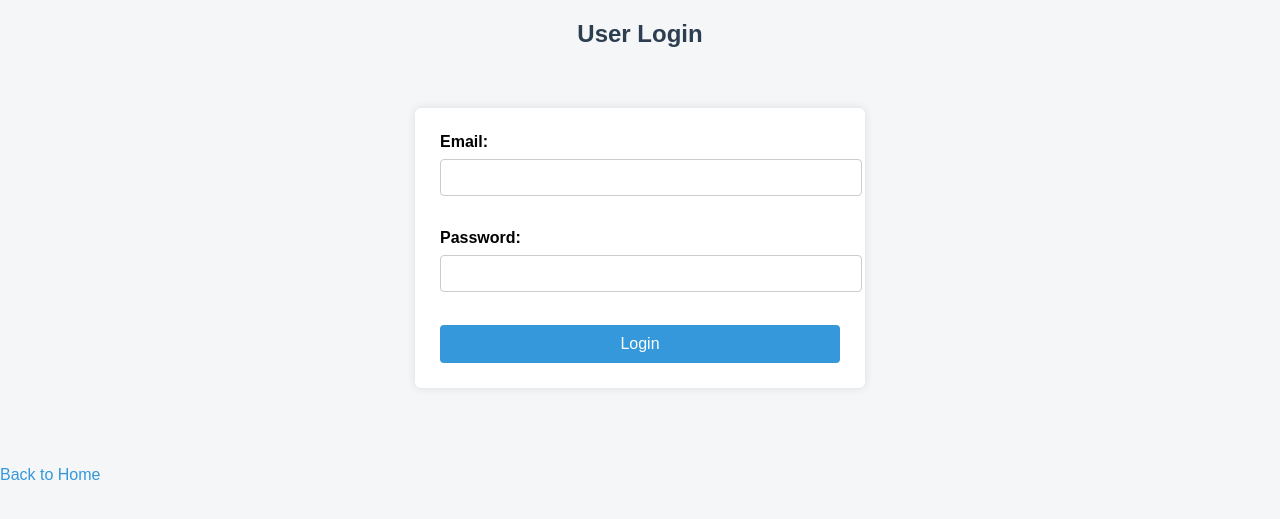
Repository: Sanjaya1822/Campus-Exchange
Page: http://localhost/CampusExchange/login.jsp
An editor plug-in stored every save of this project. The page is shown before and after the next save, followed by the edit.
The browser window is 1280 px wide. The pictures show the whole page.
The page is served by Tomcat 9. Other server files are loaded and not shown.

Above is the page before, as saved 2026-01-30 17:43:10.

### CampusExchange/src/main/webapp/login.jsp
<%@ page language="java" contentType="text/html; charset=UTF-8" %>
<!DOCTYPE html>
<html>
<head>
    <title>Login - CampusExchange</title>
    <link rel="stylesheet" href="css/style.css">
</head>
<body>

<h2>User Login</h2>
<div class="container">
<form action="login" method="post">
    <label>Email:</label><br>
    <input type="email" name="email" required><br><br>

    <label>Password:</label><br>
    <input type="password" name="password" required><br><br>

    <input type="submit" value="Login">
</form>
</div>
<br>
<a href="index.jsp">Back to Home</a>

</body>
</html>

### CampusExchange/src/main/webapp/css/style.css
/* Global */
body {
    font-family: Arial, sans-serif;
    background-color: #f4f6f8;
    margin: 0;
    padding: 0;
}

/* Navbar */
.navbar {
    background-color: #2c3e50;
    padding: 15px;
}

.navbar a {
    color: white;
    margin-right: 20px;
    text-decoration: none;
    font-weight: bold;
}

.navbar a:hover {
    text-decoration: underline;
}

/* Page container */
.container {
    width: 400px;
    margin: 60px auto;
    background: white;
    padding: 25px;
    border-radius: 6px;
    box-shadow: 0 0 10px rgba(0,0,0,0.1);
}

/* Headings */
h1, h2 {
    text-align: center;
    color: #2c3e50;
}

/* Forms */
label {
    font-weight: bold;
}

input[type="text"],
input[type="email"],
input[type="password"] {
    width: 100%;
    padding: 10px;
    margin: 8px 0 15px;
    border: 1px solid #ccc;
    border-radius: 4px;
}

input[type="submit"] {
    width: 100%;
    padding: 10px;
    background-color: #3498db;
    border: none;
    color: white;
    font-size: 16px;
    border-radius: 4px;
    cursor: pointer;
}

input[type="submit"]:hover {
    background-color: #2980b9;
}

/* Links */
a {
    color: #3498db;
    text-decoration: none;
}

a:hover {
    text-decoration: underline;
}
button {
    padding: 10px 18px;
    margin: 8px;
    border: none;
    background-color: #2ecc71;
    color: white;
    font-size: 15px;
    border-radius: 4px;
    cursor: pointer;
}

button:hover {
    background-color: #27ae60;
}
/* Auth pages */
.auth-title {
    text-align: center;
    margin-bottom: 20px;
    color: #2c3e50;
}

.form-group {
    margin-bottom: 15px;
}

input:focus {
    outline: none;
    border-color: #3498db;
    box-shadow: 0 0 4px rgba(52, 152, 219, 0.6);
}

.auth-link {
    display: block;
    text-align: center;
    margin-top: 15px;
}

After the next save:
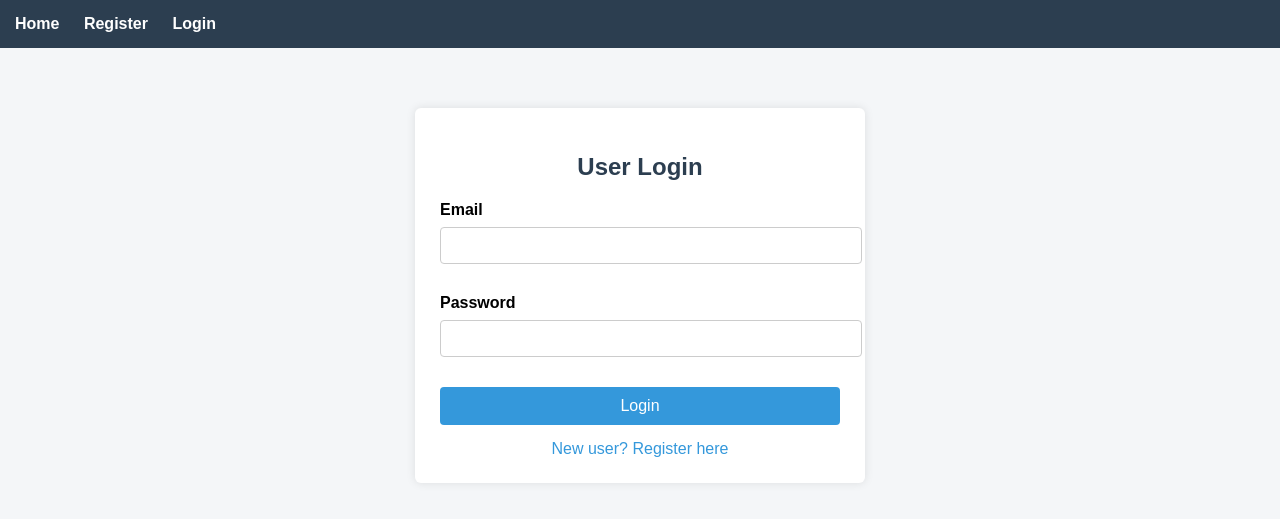
Saved 33 s later.
--- a/CampusExchange/src/main/webapp/login.jsp
+++ b/CampusExchange/src/main/webapp/login.jsp
@@ -7,20 +7,32 @@
 </head>
 <body>
 
-<h2>User Login</h2>
+<div class="navbar">
+    <a href="index.jsp">Home</a>
+    <a href="register.jsp">Register</a>
+    <a href="login.jsp">Login</a>
+</div>
+
 <div class="container">
-<form action="login" method="post">
-    <label>Email:</label><br>
-    <input type="email" name="email" required><br><br>
+    <h2 class="auth-title">User Login</h2>
 
-    <label>Password:</label><br>
-    <input type="password" name="password" required><br><br>
+    <form action="login" method="post">
+        <div class="form-group">
+            <label>Email</label>
+            <input type="email" name="email" required>
+        </div>
 
-    <input type="submit" value="Login">
-</form>
+        <div class="form-group">
+            <label>Password</label>
+            <input type="password" name="password" required>
+        </div>
+
+        <input type="submit" value="Login">
+    </form>
+
+    <a class="auth-link" href="register.jsp">New user? Register here</a>
 </div>
-<br>
-<a href="index.jsp">Back to Home</a>
 
 </body>
+
 </html>
